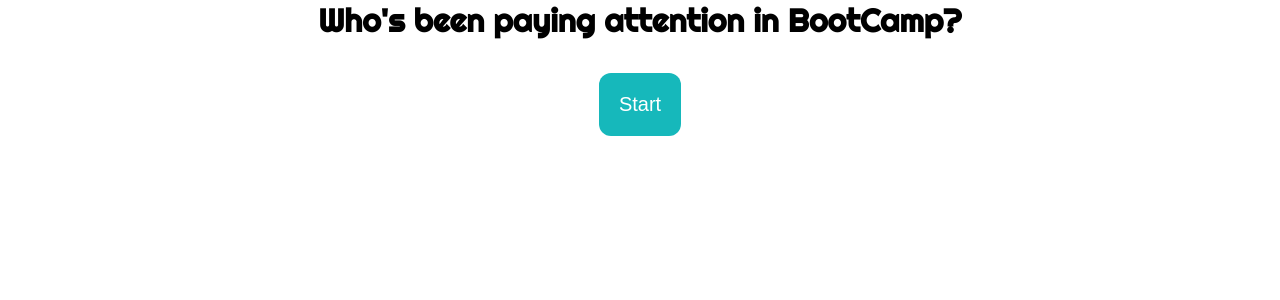
Repository: kkyler24/Quizlet
Page: Quiz.html
The author's editor kept a copy of each file at every save. The page is drawn from the files as they stood at one save, then again after the next save.
The browser window is 1280 px wide. The pictures show the whole page.
Some web libraries are served in a nearby version.

Above is the page before, as saved 2020-03-16 01:23:10.

### Quiz.html
<!DOCTYPE html>

<html lang="en">

<head>
    <meta charset="UTF-8">
    <meta name="viewport" content="width=device-width, initial-scale=1.0">

    <!-- font family -->
    <link href="https://fonts.googleapis.com/css2?family=Righteous&display=swap" rel="stylesheet">

    <!-- Popper -->
    <script src="https://cdnjs.cloudflare.com/ajax/libs/popper.js/1.12.9/umd/popper.min.js"
        integrity="sha384-ApNbgh9B+Y1QKtv3Rn7W3mgPxhU9K/ScQsAP7hUibX39j7fakFPskvXusvfa0b4Q"
        crossorigin="anonymous"></script>
    <!-- Myfiles -->
    <link rel="stylesheet" type="text/css" href="DevOpsFiles/Style.css">
    <title>Quiz it</title>
</head>

<header>Who's been paying attention in BootCamp?</header>

<!-- Quiz Design -->

<body>

    <Div class="flex-container">
        <div id="startB">
            <input type="button" class="startButton" value="Start"/>
        </div>
        <div id="questionBoxOne" class="row" style="display: none;">
            <div class="col-md-6 col-sm-3 questionDiv">
                "What is BootStrap?"
                <div class="col-8 col-sm-6 answerA">
                    <button type="button" class="button">"A piece of material that helps hold up your
                        boot"
                    </button>
                </div>
                <div class="col-8 col-sm-6 answerA correct">
                    <button type="button" class="button">"An open source Css
                        framework"</button>
                </div>
                <div class="col-8 col-sm-6 answerA">
                    <button type="button" class="button">"An open source Js framework"</button>
                </div>
            </div>
        </div>

        <div id="questionBoxTwo" class="row" style="display: none;">
            <div class="col-md-6 col-sm-3 questionDiv">
                "Javascript is to muscles as HTML is to...?"
            </div>
                <div class="col-8 col-sm-6 answerB correct">
                    <button type="button" class="button"> IceCream"</button>
                </div>
                <div class="col-8 col-sm-6 answerB">
                    <button type="button" class="button">"Skin"</button>
                </div>
                <div class="col-8 col-sm-6 answerB">
                    <button type="button" class="button">"Skeleton"</button>
                </div>
            </div>


        <div id="questionBoxThree" class="row" style="display: none;">
            <div class="col-md-6 col-sm-3 questionDiv">
                "What does HTML stand for?"
                <div class="row">

                    <div class="col-8 col-sm-6 answerC">
                        <button type="button" class="button">"Home Tools Mark-up language" </button>

                        <div class="col-8 col-sm-6 answerC">
                            <button type="button" class="button"> "Hyper-text Mark down language "</button>

                            <div class="col-8 col-sm-6 answerC">
                                <button type="button" class="button">"Hyper-text Mark up language
                                    "</button>
                            </div>
                        </div>
                    </div>
                </div>
            </div>
        </div>

        <div id="questionBoxFour" class="row" style="display: none;">
            <div class="col-md-6 col-sm-3 questionDiv">
                "What is BootStrap?"
                <div class="row">

                    <div class="col-8 col-sm-6 answerD">
                        <button type="button" class="button">"A piece of material that helps hold
                            up your boot" </button>

                        <div class="col-8 col-sm-6 answerD">
                            <button type="button" class="button">"An open source Css
                                framework"</button>

                            <div class="col-8 col-sm-6 answerD">
                                <button id="D" type="button" class="button">"An open source Js
                                    framework"</button>
                            </div>
                        </div>
                    </div>
                </div>
            </div>
        </div>
        <div class="time"></div>
    </Div>

    <script src="https://code.jquery.com/jquery-3.4.1.js"></script>
    <script src="DevOpsFiles/Java.js"></script>
</body>

</html>

### DevOpsFiles/Style.css
body{
    margin: auto;
    text-align: center;
    background-image: image();
  }

.flex-container {
    display: flex;
    height: 600px;
    justify-content: center;
    align-items: center;
    flex-direction: column;
  }

header{
font-family: "Righteous", cursive;
font-size: xx-large;
font-weight: bolder;

  }

#secLeft {
  position: absolute;
  top: 0.1%;
  display: block;
}

#questionBoxOne {
  position: absolute;

}

#questionBoxTwo {
  position: absolute;

}

#questionBoxThree {
  position: absolute;

}

#questionBoxFour {
  position: absolute;

}
.questionDiv{
  font-size: 25px;
  font-weight: bold;

}

.button{
background-color: rgb(22, 184, 187);
padding: 20px;
border-radius: 12px;
border: none;
color: white;
font-family:Arial, Helvetica, sans-serif;
font-size: 20PX;
}

.time{
  position: relative;
  margin-top: 40%;
  text-align: center;
}

.startButton{
  text-align: center;
  margin-top: 50%;
  background-color: rgb(22, 184, 187);
padding: 20px;
border-radius: 12px;
border: none;
color: white;
font-family:Arial, Helvetica, sans-serif;
font-size: 20PX;
}

### DevOpsFiles/Java.js

// record start time
var startTime;
function display() {
    // later record end time
    var endTime = new Date();

    // time difference in ms
    var timeDiff = endTime - startTime;

    // strip the miliseconds
    timeDiff /= 1000;

    // get seconds
    var seconds = Math.floor(timeDiff % 60);

    // remove seconds from the date
    timeDiff = Math.floor(timeDiff / 60);

    // get minutes
    var minutes = Math.round(timeDiff % 60);

    // remove minutes from the date
    timeDiff = Math.floor(timeDiff / 60);

    // get hours
    var hours = Math.round(timeDiff % 24);

    // remove hours from the date
    timeDiff = Math.floor(timeDiff / 24);

    // the rest of timeDiff is number of days
    var days = timeDiff;

    $(".time").text(hours + ":" + minutes + ":" + seconds);
    setTimeout(display, 1000);
}

$(".startButton").click(function () {
    startTime = new Date();
    setTimeout(display, 1000);
});


//   function stopTimer() {
//     secondsElapsed = 0;
//     formatTime();
//   }
//   function startTimer() {
//     if (totalSeconds > 0) {
//       secondsElapsed = 0;
//       timer = setInterval(function () {
//         secondsElapsed++;
//         formatTime();
//       }, 1000);
//     }
//     formatTime();
//   }
// };

// ---Score Code---
var totalScore = [];

function getSum(total, num) {
  return total + Math(num);
}
function myFunction(item) {
  document.getElementById("stats").innerHTML = totalScore.reduce(getSum, 0);
}



// Questions Object
var Quests = [
  {
    Q1: {
      Question: "What is BootStrap?",
      answers: ["A piece of material that helps hold up your boot", "An open source Css framework", "An open source JS framework"],
      answersCorrect: [1]

    },

    Q2: {
      Question: "HTML is to Skeleton as Javascript is to...?",
      answers: ["Muscles", "Skin", "Coffee"],
      answersCorrect: [0]
    },

    Q3: {
      Question: "What does HTML stand for?",
      answers: ["A piece of material that helps hold up your boot", "An open source Css framework", "An open source JS framework"],
      answersCorrect: [3]
    },

    Q4: {
      Question: "What is BootStrap?",
      answers: ["A piece of material that helps hold up your boot", "An open source Css framework", "An open source JS framework"],
      answersCorrect: [2]
    }
  }];


// -->Get faded code<--
$(".startButton").on("click", function () {
  $("#startB").fadeOut(1000, function () {
    $(this).remove();
  })
});

$(".startButton").on("click", function () {
  $("#questionBoxOne").fadeIn(3600, function () {
  })
});

$(".answerA").on("click", function () {
  $("#questionBoxOne").fadeOut(2500, function () {
    $(this).remove();
  })
});

$(".answerA").on("click", function () {
  $("#questionBoxTwo").fadeIn(3600, function () {
  })
});

$('.answerB').on('click', function () {
  $("#questionBoxTwo").fadeOut(2500, function () {
    $(this).remove();
  })
});

$(".answerB").on("click", function () {
  $("#questionBoxThree").fadeIn(3600, function () {

  })
});

$('.answerC').on('click', function () {
  $("#questionBoxThree").fadeOut(2500, function () {
    $(this).remove();
  })
});

$(".answerC").on("click", function () {
  $("#questionBoxFour").fadeIn(3500, function () {
  })
});

$('.answerD').on('click', function () {
  $("#questionBoxFour").fadeOut(2500, function () {
    $(this).remove();
  })
});

$(".answerD").on("click", function () {
    $("#stats").slideDown(3500, function () {
    })
  });

//
// var aBBox = document.getElementsByClassName("col-8 col-sm-6 answerB");
// aBBox.


// done.addEventListener("event", function(){
// $(".answerb").on("event", function(){
//   $("#questionBoxTwo").fadeOut(2000,function(){
//     $(this).remove();
// })});



//
// $("#questionBoxTwo").fadeIn(1000,function())

// fade in after (this).remove has been completed
// var buttonCheck = document.getElementsByClassName("button");
// var totalScore = "";

// button listener



// Check the buttons for correct class
// // for ( var i = 0; i > flex-container.lenght; i++) {
// //   $("button").on("click", function(){
// //     if (buttonCheck.click === button.correct){
// //         totalScore = totalScore + 25;
// //     }
// //     else {secondsElapsed + 1500};
//   }
// )}

After the next save:
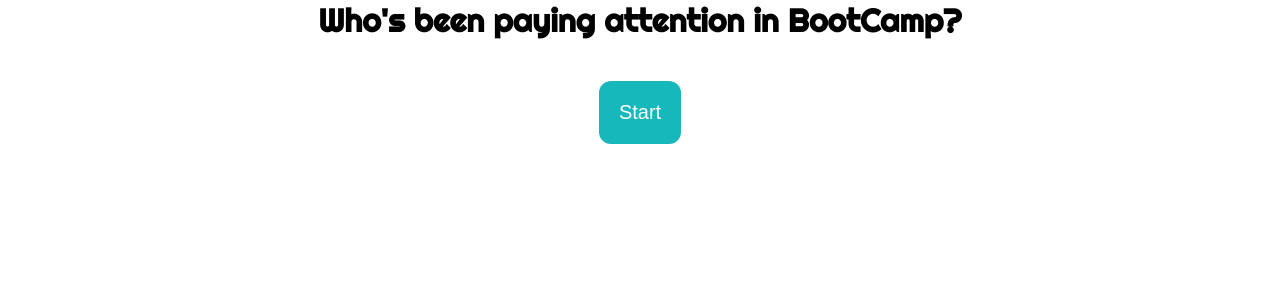
Saved 20 s later.
--- a/DevOpsFiles/Style.css
+++ b/DevOpsFiles/Style.css
@@ -6,7 +6,7 @@ body{
 
 .flex-container {
     display: flex;
-    height: 600px;
+    margin-top: auto;
     justify-content: center;
     align-items: center;
     flex-direction: column;
